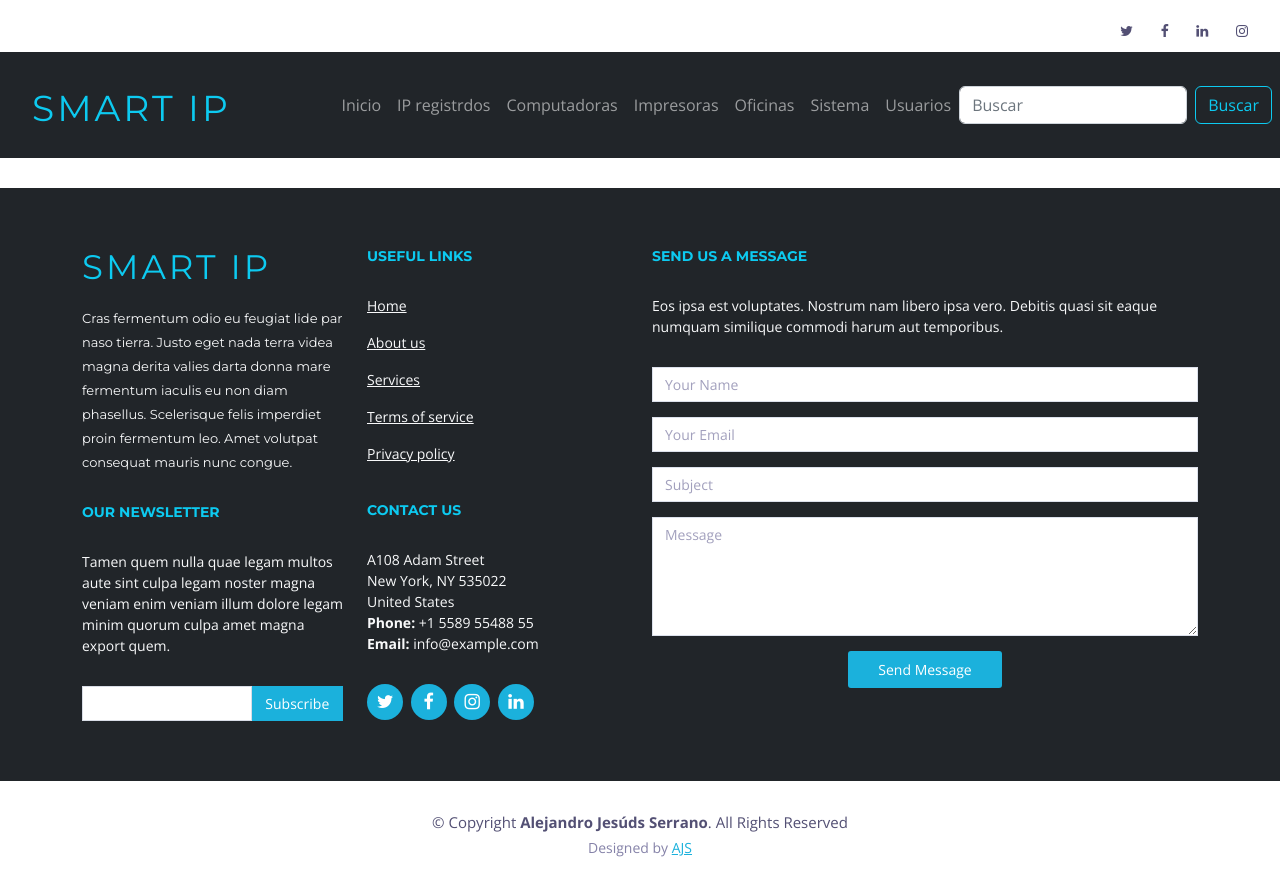
Repository: AlejandroJesusSerrano/SmartIPs
Page: smartip/smartipnav/templates/smartipnav/printer_form.html
The author's editor kept a copy of each file at every save. The page is drawn from the files as they stood at one save, then again after the next save.
The browser window is 1280 px wide. The pictures show the whole page.
The page is served by the project's application, run on Django 4.2 (smartip/manage.py). The template is opened directly, without the code that normally fills it, so the values that code supplies are empty.

Above is the page before, as saved 2022-11-14 08:46:38.

After the next save:
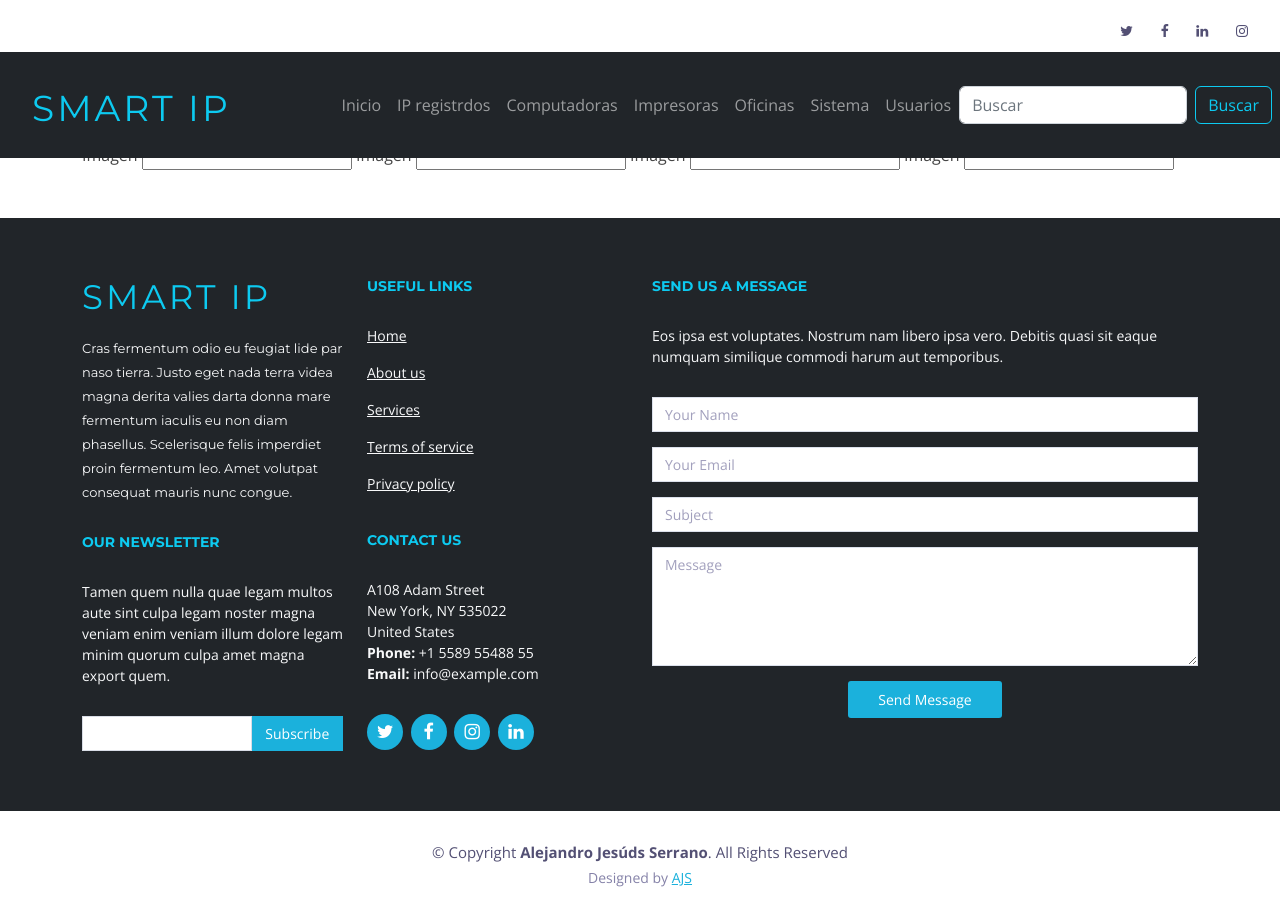
Saved 36 s later.
--- a/smartip/smartipnav/templates/smartipnav/printer_form.html
+++ b/smartip/smartipnav/templates/smartipnav/printer_form.html
@@ -7,6 +7,26 @@
             <label for="">Imagen</label>
             <input type="url" name="printer_image" id="printer_image">
 
+            <label for="">Imagen</label>
+            <input type="url" name="printer_image" id="printer_image">
+
+            <label for="">Imagen</label>
+            <input type="url" name="printer_image" id="printer_image">
+
+            <label for="">Imagen</label>
+            <input type="url" name="printer_image" id="printer_image">
+
+            <label for="">Imagen</label>
+            <input type="url" name="printer_image" id="printer_image">
+
+            <label for="">Imagen</label>
+            <input type="url" name="printer_image" id="printer_image">
+
+            <label for="">Imagen</label>
+            <input type="url" name="printer_image" id="printer_image">
+
+            <label for="">Imagen</label>
+            <input type="url" name="printer_image" id="printer_image">
         </form>
     </div>
 </section>
